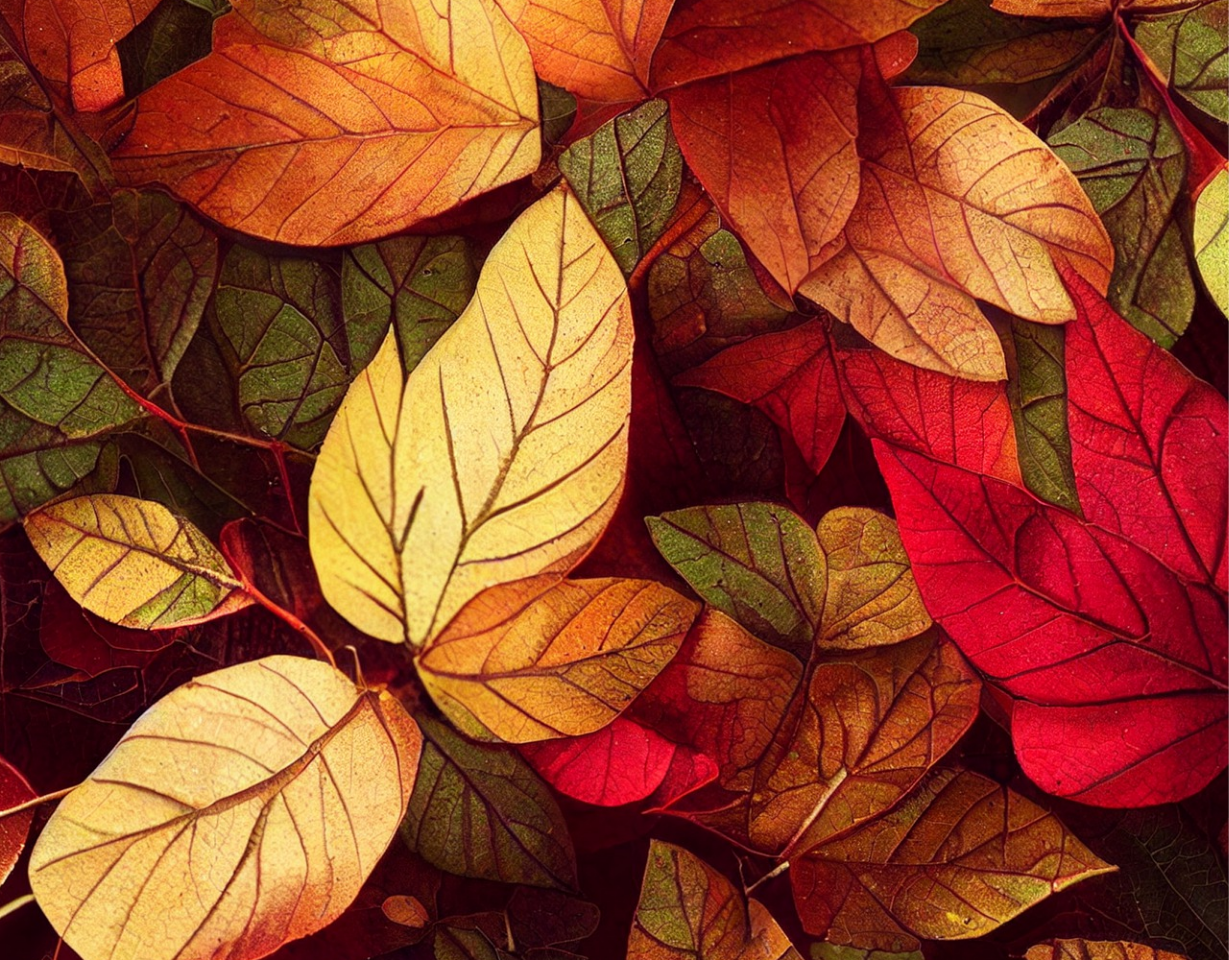
Repository: hcozyph/TranHuuPhuoc_BC43_BT_JS_Buoi7_8_ARRAY
Page: index.html
These files come from the project's save history. The page is drawn as it stood at one moment and after the next save; the edit follows.
The browser window is 1280 px wide. The pictures show the whole page, at 96% of full size.

Above is the page before, as saved 2023-02-20 21:07:05.

After the next save:
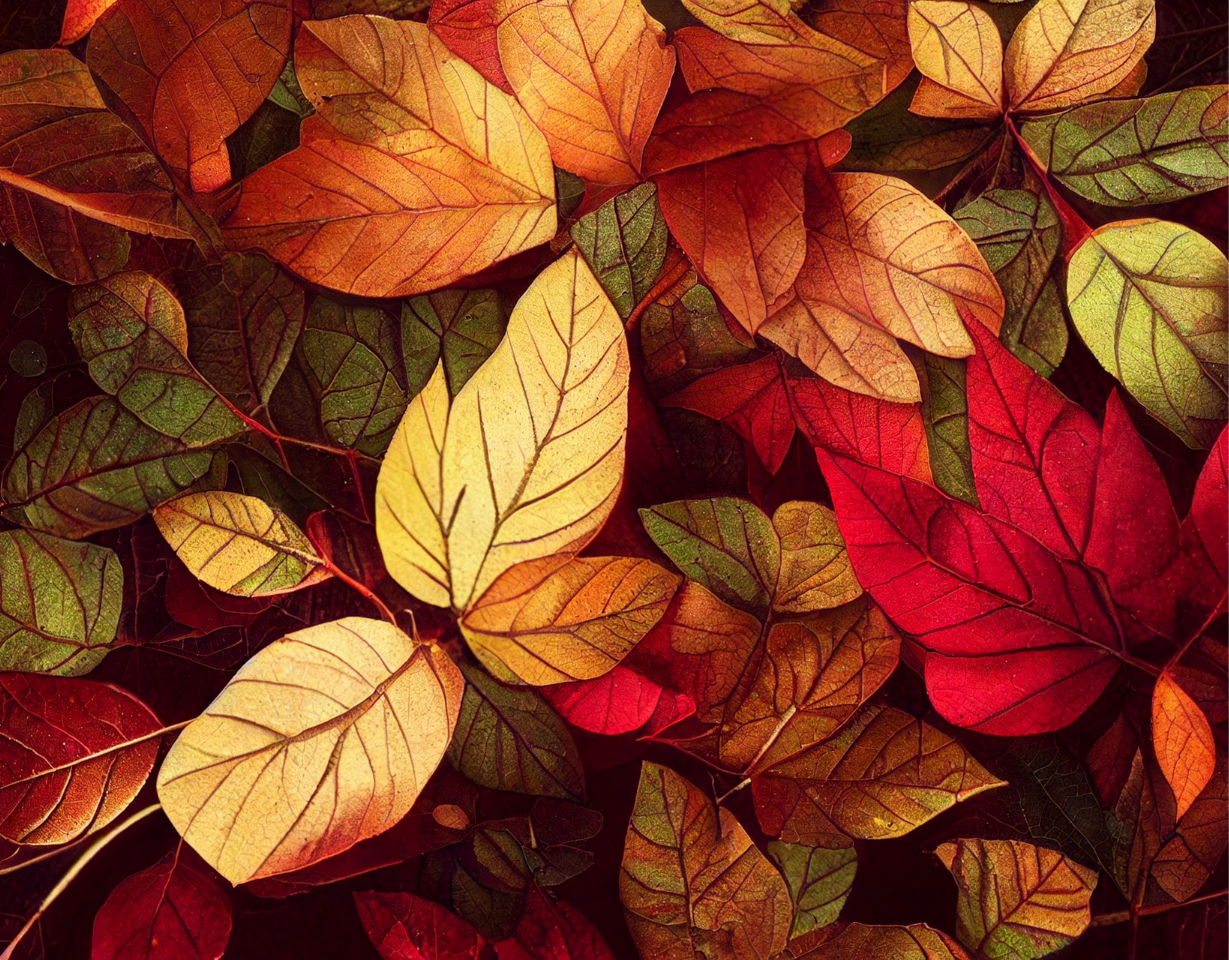
Saved 10 s later.
--- a/css/index.css
+++ b/css/index.css
@@ -9,7 +9,7 @@
     max-width: 1440px;
 
     background-image: url(../img/1.jpg);
-    background-size: vocer;
+    background-size: cover;
     background-position: center;
     background-repeat: no-repeat;
 
